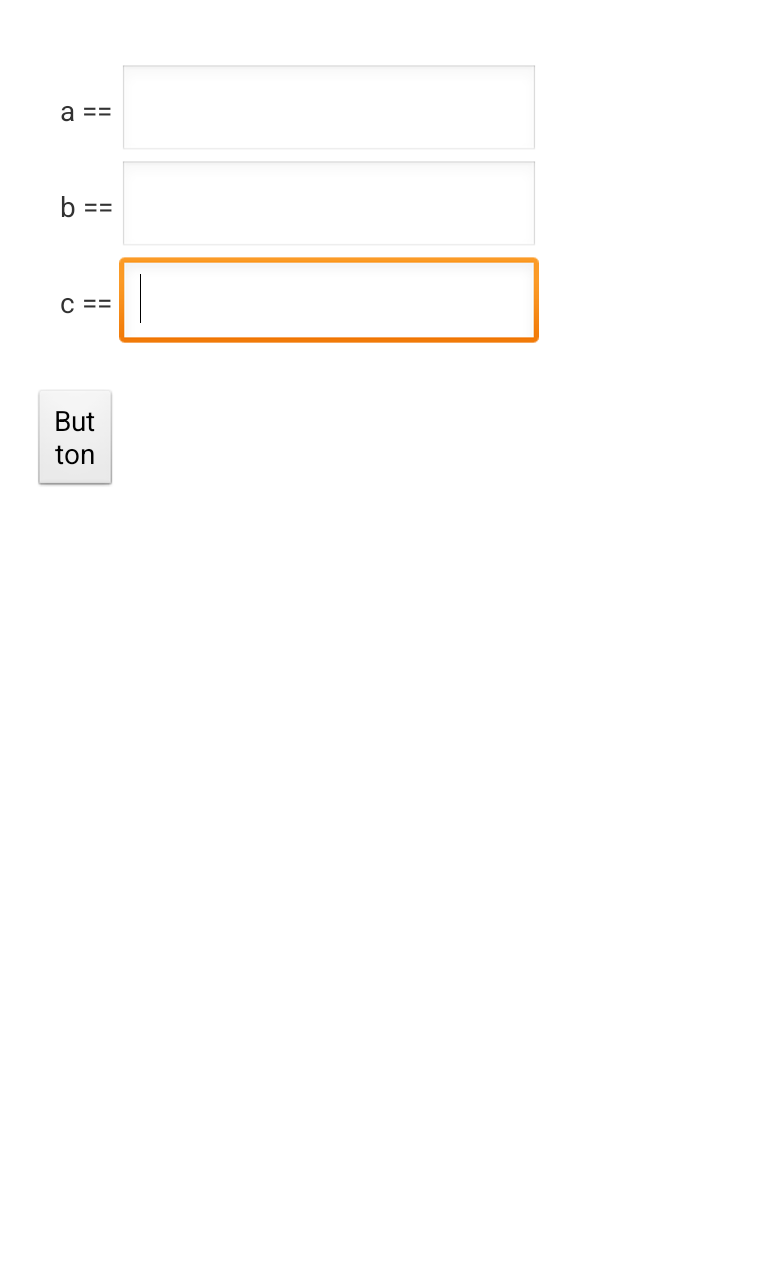
Repository: alexcpp2013/Solving-Quadratic-Equations-Android-Java-C--
Layout: src/Workspace3Cpp/SolvingEquation/res/layout/activity_main.xml
These files come from the project's save history. The layout is drawn as it stood at one moment and after the next save; the edit follows.
It is drawn on a 768 x 1280 px phone screen (xhdpi) without system bars, with theme AppTheme; the app's code is not run.

Above is the layout before, as saved 2014-02-11 07:39:43.

After the next save:
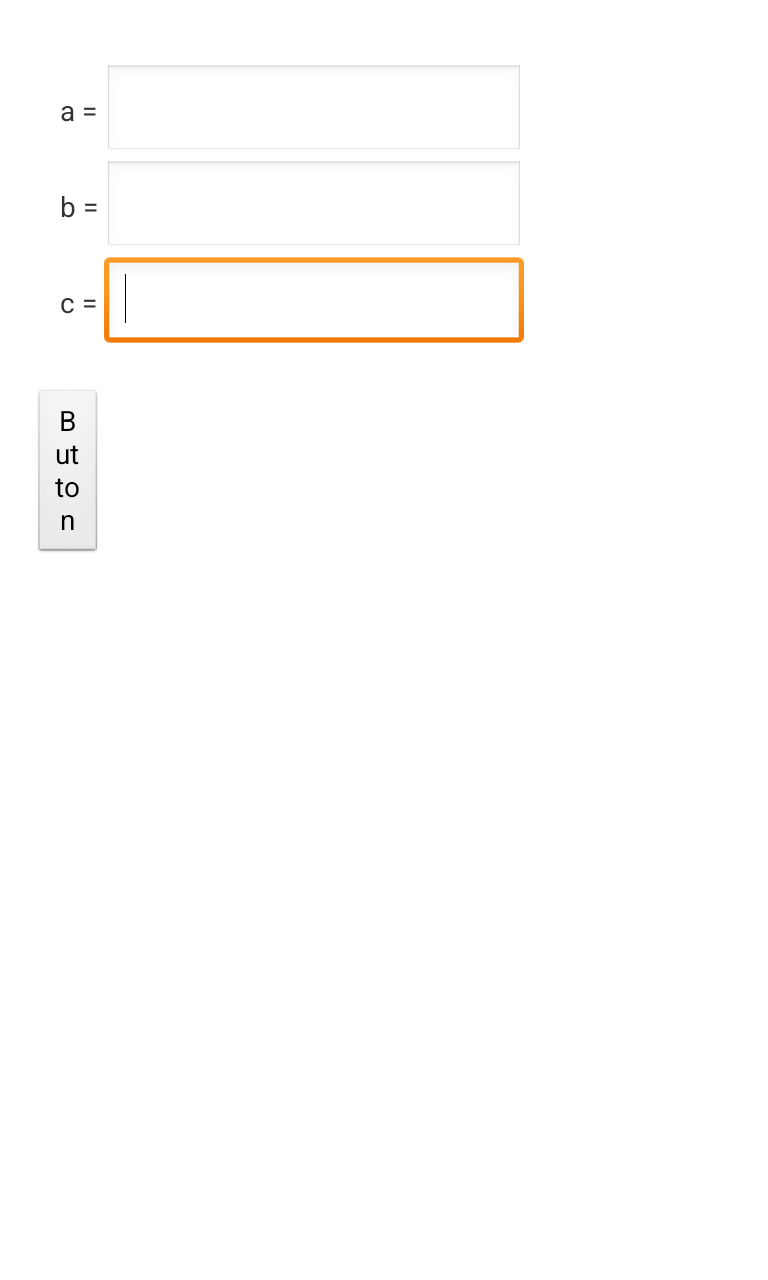
Saved 80 s later.
--- a/src/Workspace3Cpp/SolvingEquation/res/layout/activity_main.xml
+++ b/src/Workspace3Cpp/SolvingEquation/res/layout/activity_main.xml
@@ -16,7 +16,7 @@
         android:layout_alignBottom="@+id/editText2"
         android:layout_alignParentLeft="true"
         android:layout_marginLeft="14dp"
-        android:text="a == " />
+        android:text="a = " />
 
     <TextView
         android:id="@+id/textView2"
@@ -25,7 +25,7 @@
         android:layout_alignBaseline="@+id/editText3"
         android:layout_alignBottom="@+id/editText3"
         android:layout_alignLeft="@+id/textView1"
-        android:text="b == " />
+        android:text="b = " />
 
     <TextView
         android:id="@+id/textView3"
@@ -34,7 +34,7 @@
         android:layout_alignBaseline="@+id/editText1"
         android:layout_alignBottom="@+id/editText1"
         android:layout_alignLeft="@+id/textView2"
-        android:text="c == " />
+        android:text="c = " />
 
     <EditText
         android:id="@+id/editText1"
